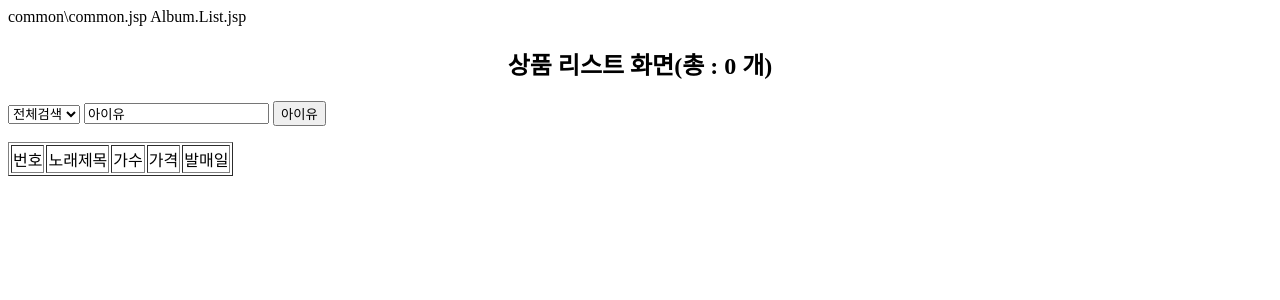
Repository: ChanhoPark-s/academyStudy
Page: http://localhost/13_Spring_MyBatis_Album/WEB-INF/album/AlbumList.jsp
These files come from the project's save history. The page is drawn as it stood at one moment and after a run of saves; the edit follows.
The browser window is 1280 px wide. The pictures show the whole page.
The page is served by Tomcat 9. Nobody is signed in. Other server files are loaded and not shown. The template is opened directly, without the code that normally fills it, so the values that code supplies are empty.

Above is the page before, as saved 2022-08-23 07:33:49.

### 13_Spring_MyBatis_Album/src/main/webapp/WEB-INF/album/AlbumList.jsp
<%@ page language="java" contentType="text/html; charset=UTF-8"
    pageEncoding="UTF-8"%>
<%@ include file = "../common/common.jsp" %>
Album.List.jsp<br>

<h2 align="center">상품 리스트 화면(총 : ${fn:length(lists) } 개)</h2>
<form action="list.ab" method="get">
	<select name="whatColumn">
		<option value="">전체검색
		<option value="title">노래제목
		<option value="singer">가수명
	</select>
	<input type="text" name="keyword" value="아이유">
	<input type="submit" name="keyword" value="아이유">

</form>
<table border="1">
	<tr>
		<td>번호</td>
		<td>노래제목</td>
		<td>가수</td>
		<td>가격</td>
		<td>발매일</td>
	</tr>
	<c:forEach var="ab" items="${ lists}">
		<tr>
			<td>${ab.num }</td>
			<td>${ab.title }</td>
			<td>${ab.singer }</td>
			<td>
				<fmt:formatNumber pattern="###,###" value="${ab.price }" var="price"/>원
			</td>
			<td>
				<fmt:parseDate var="formattedDay" value="${ab.day }" pattern="yyyy-MM-dd"/>
				<fmt:formatDate var="newformattedDay" value="${formattedDay }" pattern="yyyy-MM-dd"/>
				${newformattedDay }
			</td>
		</tr>
	</c:forEach>

</table>

### 13_Spring_MyBatis_Album/src/main/webapp/WEB-INF/common/common.jsp
<%@ page language="java" contentType="text/html; charset=UTF-8"
    pageEncoding="UTF-8"%>
common\common.jsp

<!-- 유효성 검사 -->
<%@taglib prefix="form" uri="http://www.springframework.org/tags/form" %>

<%@ taglib prefix="c" uri="http://java.sun.com/jsp/jstl/core" %>
<%@ taglib prefix="fn" uri="http://java.sun.com/jsp/jstl/functions" %>
<%@ taglib prefix="fmt" uri="http://java.sun.com/jsp/jstl/fmt" %>

After the next 3 saves:
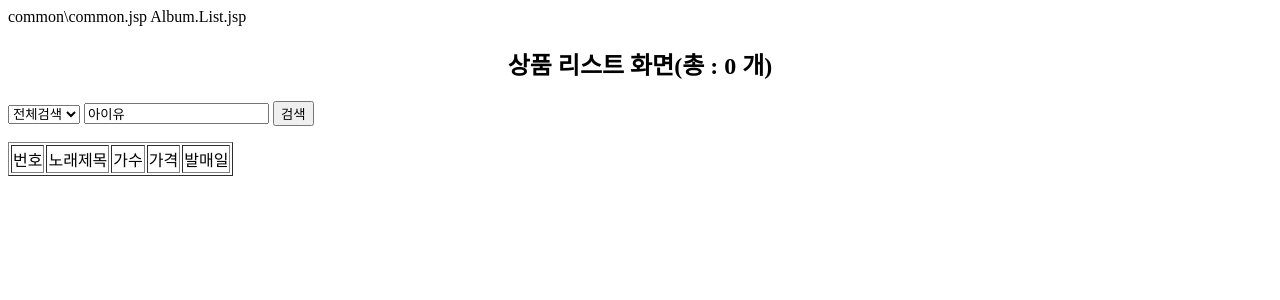
The 3 saves are shown as one change because they came seconds apart.
The last was saved 10 s later.
--- a/13_Spring_MyBatis_Album/src/main/webapp/WEB-INF/album/AlbumList.jsp
+++ b/13_Spring_MyBatis_Album/src/main/webapp/WEB-INF/album/AlbumList.jsp
@@ -11,7 +11,7 @@ Album.List.jsp<br>
 		<option value="singer">가수명
 	</select>
 	<input type="text" name="keyword" value="아이유">
-	<input type="submit" name="keyword" value="아이유">
+	<input type="submit" value="검색">
 
 </form>
 <table border="1">
